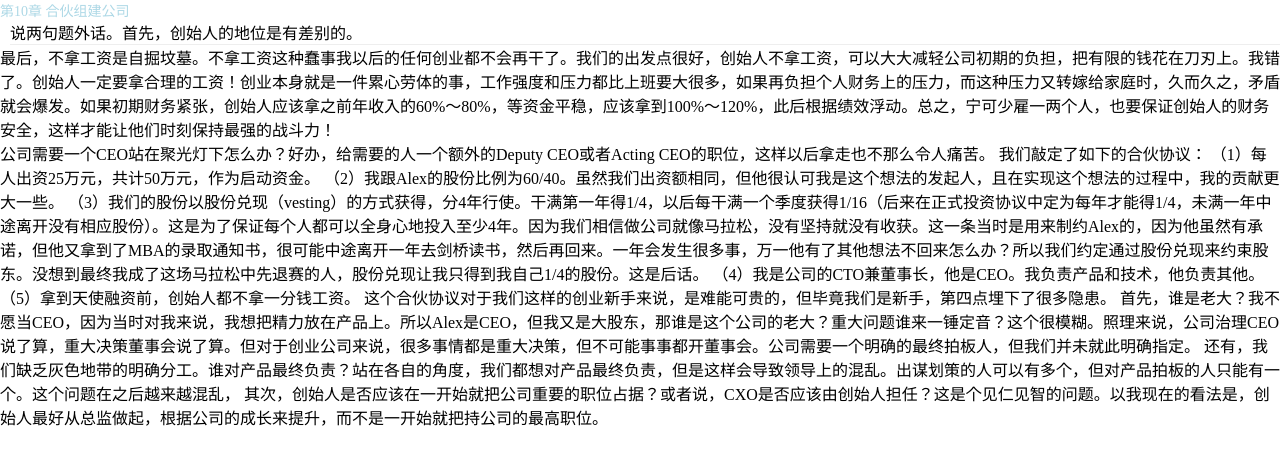
Repository: xudusheng/SSM
Page: SpringMVC/WebContent/HTML/first.html
These files come from the project's save history. The page is drawn as it stood at one moment and after the next save; the edit follows.
The browser window is 1280 px wide. The pictures show the whole page.

Above is the page before, as saved 2016-07-20 07:28:53.

After the next save:
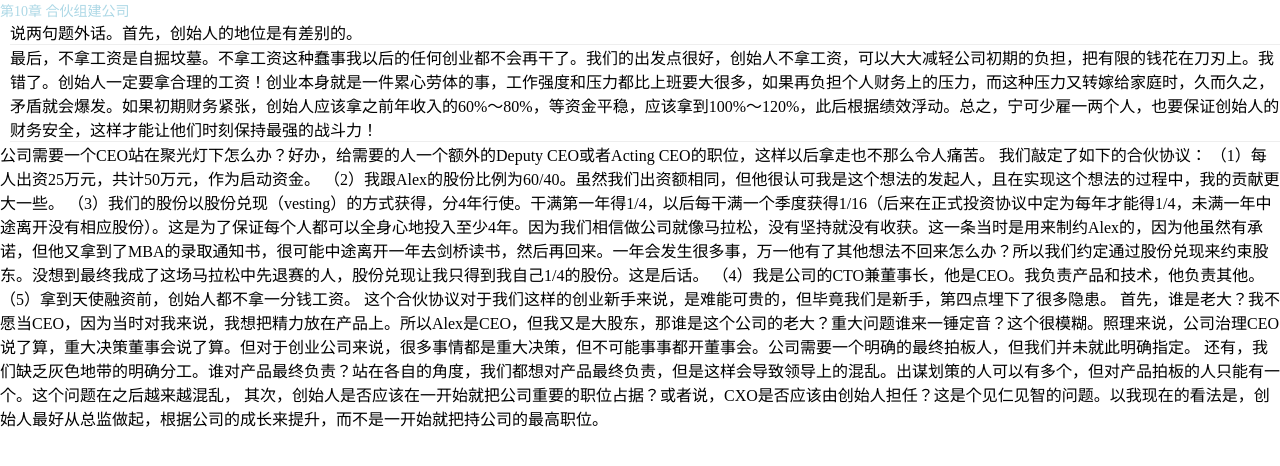
Saved 51 s later.
--- a/SpringMVC/WebContent/HTML/first.html
+++ b/SpringMVC/WebContent/HTML/first.html
@@ -12,8 +12,7 @@
 <body>
 	<p class='article-title'>第10章 合伙组建公司</p>
 	<p class="content-line--grey">说两句题外话。首先，创始人的地位是有差别的。</p>
-	<p>最后，不拿工资是自掘坟墓。不拿工资这种蠢事我以后的任何创业都不会再干了。我们的出发点很好，创始人不拿工资，可以大大减轻公司初期的负担，把有限的钱花在刀刃上。我错了。创始人一定要拿合理的工资！创业本身就是一件累心劳体的事，工作强度和压力都比上班要大很多，如果再负担个人财务上的压力，而这种压力又转嫁给家庭时，久而久之，矛盾就会爆发。如果初期财务紧张，创始人应该拿之前年收入的60%～80%，等资金平稳，应该拿到100%～120%，此后根据绩效浮动。总之，宁可少雇一两个人，也要保证创始人的财务安全，这样才能让他们时刻保持最强的战斗力！
-</p>
+	<p class="content-line--grey">最后，不拿工资是自掘坟墓。不拿工资这种蠢事我以后的任何创业都不会再干了。我们的出发点很好，创始人不拿工资，可以大大减轻公司初期的负担，把有限的钱花在刀刃上。我错了。创始人一定要拿合理的工资！创业本身就是一件累心劳体的事，工作强度和压力都比上班要大很多，如果再负担个人财务上的压力，而这种压力又转嫁给家庭时，久而久之，矛盾就会爆发。如果初期财务紧张，创始人应该拿之前年收入的60%～80%，等资金平稳，应该拿到100%～120%，此后根据绩效浮动。总之，宁可少雇一两个人，也要保证创始人的财务安全，这样才能让他们时刻保持最强的战斗力！</p>
 	公司需要一个CEO站在聚光灯下怎么办？好办，给需要的人一个额外的Deputy CEO或者Acting
 	CEO的职位，这样以后拿走也不那么令人痛苦。 我们敲定了如下的合伙协议： （1）每人出资25万元，共计50万元，作为启动资金。
 	（2）我跟Alex的股份比例为60/40。虽然我们出资额相同，但他很认可我是这个想法的发起人，且在实现这个想法的过程中，我的贡献更大一些。
